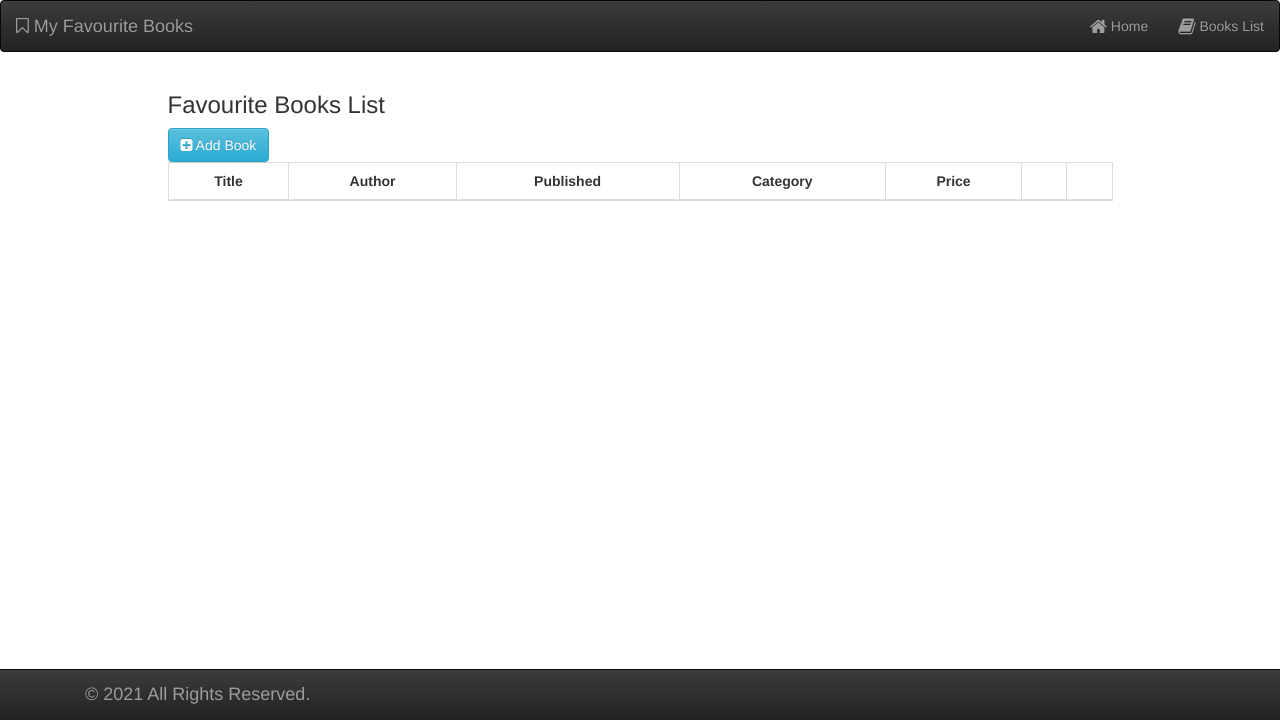
Repository: Ann8002/COMP229-F2021-MidTerm
Page: http://localhost/books
These files come from the project's save history. The page is drawn as it stood at one moment and after the next save; the edit follows.
The browser window is 1280 px wide. The pictures show the whole page.
The page is served by the project's Node server (server.js). Queries for data that is not in the repository find no rows.

Above is the page before, as saved 2021-10-29 17:07:15.

After the next save:
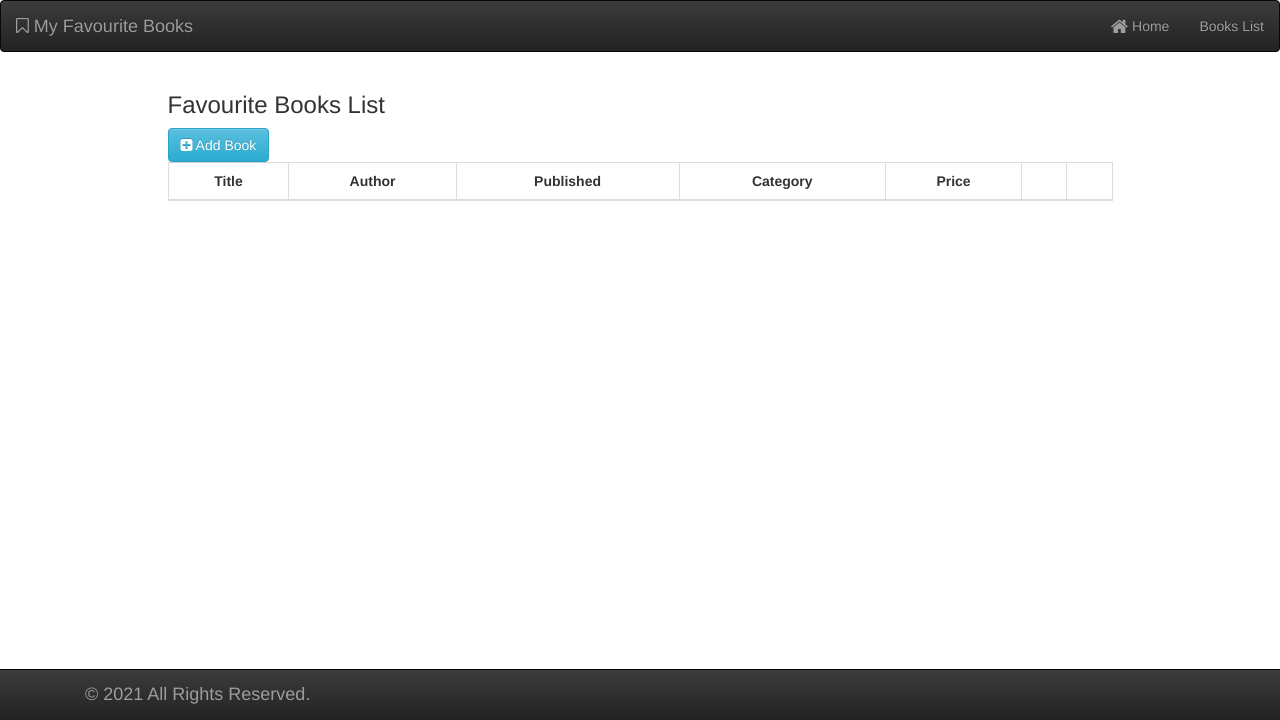
Saved 18 min 14 s later.
--- a/server/views/partials/header.ejs
+++ b/server/views/partials/header.ejs
@@ -37,7 +37,7 @@
           <li class="active"><a href="/books"><i class="fa fa-book fa-lg">
           </i> Books List</a></li>
           <% } else { %>
-            <li><a href="/books"><i class="fa fa-book fa-lg">
+            <li><a href="/books"><i class="fas fa-book-open"></i>
             </i> Books List</a></li>
           <% } %>
 

After the 2 saves that followed:
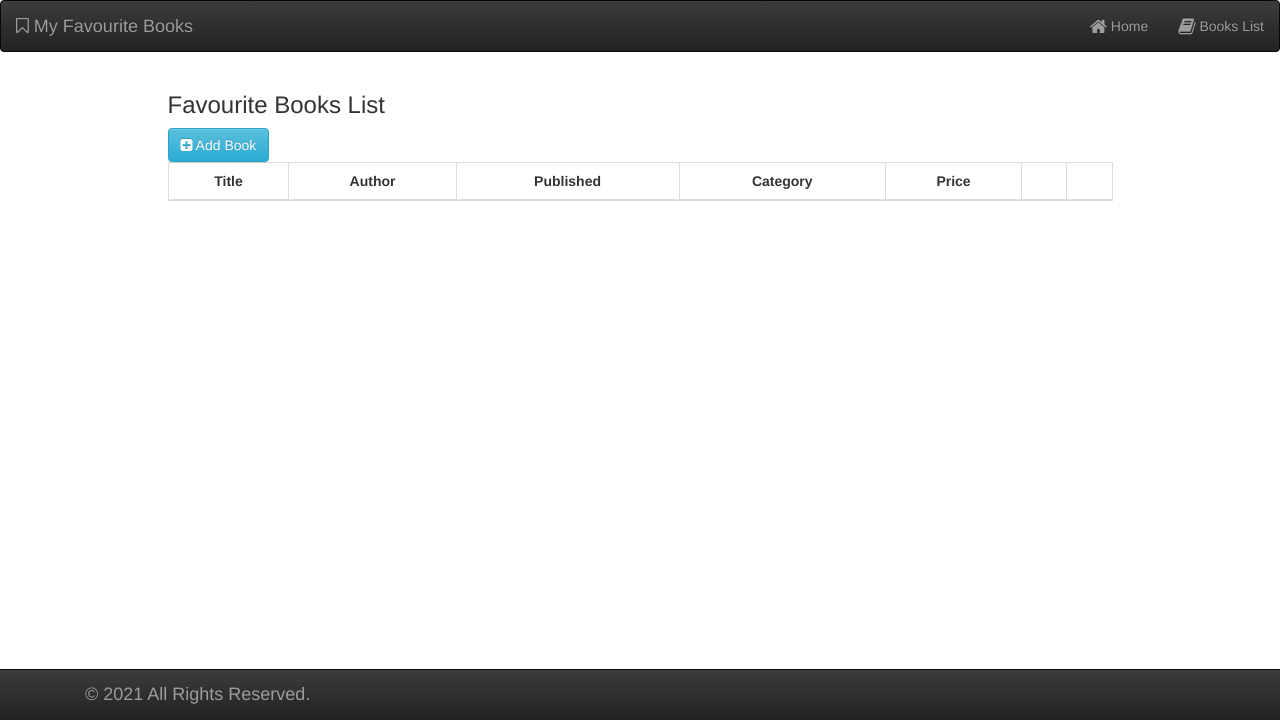
The 2 saves are shown as one change because 1 left the picture as it was.
The last was saved 41 s later.
--- a/server/views/partials/header.ejs
+++ b/server/views/partials/header.ejs
@@ -37,7 +37,7 @@
           <li class="active"><a href="/books"><i class="fa fa-book fa-lg">
           </i> Books List</a></li>
           <% } else { %>
-            <li><a href="/books"><i class="fas fa-book-open"></i>
+            <li><a href="/books"><i class="fa fa-book fa-lg">
             </i> Books List</a></li>
           <% } %>
 
